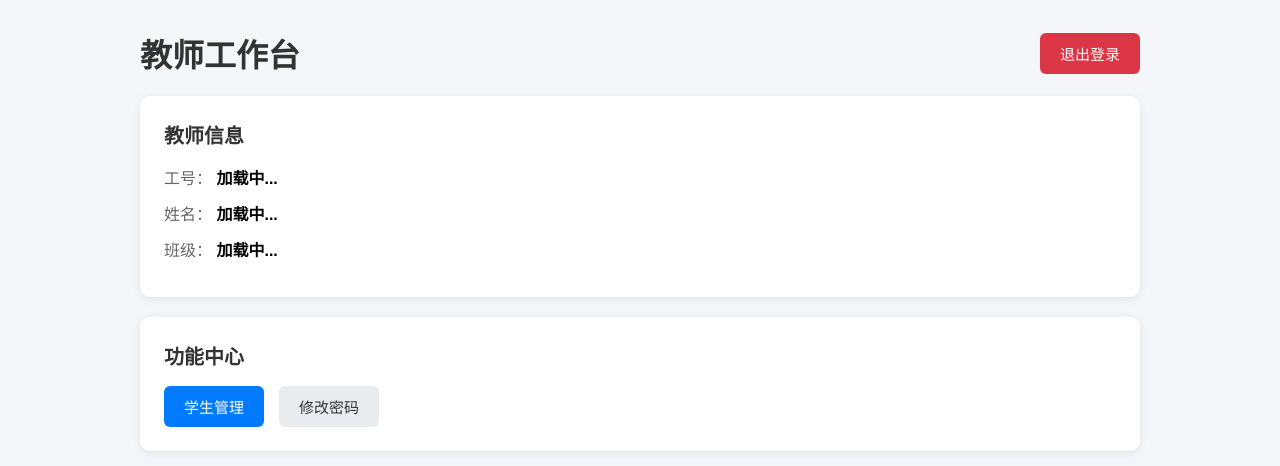
Repository: Nikawali/StudentManage
Page: src/main/webapp/teacherHome.html
The author's editor kept a copy of each file at every save. The page is drawn from the files as they stood at one save, then again after the next save.
The browser window is 1280 px wide. The pictures show the whole page.
The page's requests for data from a server got no answer.

Above is the page before, as saved 2026-06-07 18:36:19.

### src/main/webapp/teacherHome.html
<!DOCTYPE html>

<html lang="zh-CN">

<head>


<meta charset="UTF-8">

<meta name="viewport"
      content="width=device-width, initial-scale=1.0">

<title>教师工作台</title>

<link rel="stylesheet"
      href="home.css">


</head>

<body>

<div class="container">


<div class="header">

    <h1>教师工作台</h1>

    <button
            id="logoutBtn"
            class="btn danger">

        退出登录

    </button>

</div>

<div class="card">

    <h2>教师信息</h2>

    <p>
        工号：
        <span id="teacherId">
            加载中...
        </span>
    </p>

    <p>
        姓名：
        <span id="teacherName">
            加载中...
        </span>
    </p>

    <p>
        班级：
        <span id="teacherClassId">
            加载中...
        </span>
    </p>

</div>

<div class="card">

    <h2>功能中心</h2>

    <div class="btn-group">

        <button
                id="studentManageBtn"
                class="btn primary">

            学生管理

        </button>

        <button
                id="passwordBtn"
                class="btn">

            修改密码

        </button>

    </div>

</div>


</div>

<script>
    const BASE_URL =
"http://localhost:8080/test5_war_exploded/teacher";

function authFetch(
url,
options = {}
){


options.headers = {

    ...(options.headers || {}),

    token:
        localStorage.getItem(
            "token"
        )
};

return fetch(
    url,
    options
);


}

window.onload = function(){


loadTeacherInfo();

bindEvent();


};

function loadTeacherInfo(){


authFetch(
    BASE_URL +
    "?action=findById"
)

.then(
    response =>
        response.json()
)

.then(result => {

    if(
        result.code !== 200
    ){

        alert(
            result.message
        );

        return;
    }

    const teacher =
        result.data;
        console.log(teacher);

    document.getElementById(
        "teacherId"
    ).innerText =
        teacher.teacherId;

    document.getElementById(
        "teacherName"
    ).innerText =
        teacher.name;

    document.getElementById(
        "teacherClassId"
    ).innerText =
        teacher.classId;
})

.catch(error => {

    console.error(error);

    alert(
        "获取教师信息失败"
    );
});


}

function bindEvent(){


document
    .getElementById(
        "studentManageBtn"
    )
    .onclick = function(){

        location.href =
            "index.html";
    };

document
    .getElementById(
        "logoutBtn"
    )
    .onclick = function(){

        localStorage.clear();

        location.href =
            "login.html";
    };


}

</script>

</body>

</html>

### src/main/webapp/home.css
/* 全局重置 */

* {
  margin: 0;
  padding: 0;
  box-sizing: border-box;
  }

body {
font-family: Arial, sans-serif;
background-color: #f5f6fa;
padding: 30px;
}

/* 主容器 */
.container {
max-width: 1000px;
margin: 0 auto;
}

/* 顶部区域 */
.header {
display: flex;
justify-content: space-between;
align-items: center;
margin-bottom: 20px;
}

.header h1 {
color: #333;
}

/* 卡片 */
.card {
background-color: #ffffff;
border-radius: 10px;
padding: 24px;
margin-bottom: 20px;
box-shadow: 0 2px 10px rgba(0, 0, 0, 0.08);
}

.card h2 {
margin-bottom: 16px;
color: #333;
font-size: 20px;
}

.card p {
margin-bottom: 12px;
color: #666;
font-size: 16px;
}

/* 按钮组 */
.btn-group {
display: flex;
gap: 15px;
}

/* 通用按钮 */
.btn {
border: none;
border-radius: 6px;
padding: 10px 20px;
cursor: pointer;
font-size: 15px;
transition: 0.3s;
}

/* 蓝色按钮 */
.primary {
background-color: #007bff;
color: white;
}

.primary:hover {
background-color: #0069d9;
}

/* 红色按钮 */
.danger {
background-color: #dc3545;
color: white;
}

.danger:hover {
background-color: #c82333;
}

/* 普通按钮 */
.btn:not(.primary):not(.danger) {
background-color: #e9ecef;
color: #333;
}

.btn:not(.primary):not(.danger):hover {
background-color: #d6d8db;
}

/* 信息字段 */
.card span {
color: #000;
font-weight: bold;
}
@media (max-width: 768px) {

    .header {
        flex-direction: column;
        gap: 15px;
    }

    .btn-group {
        flex-direction: column;
    }

    .btn {
        width: 100%;
    }

}

After the next save:
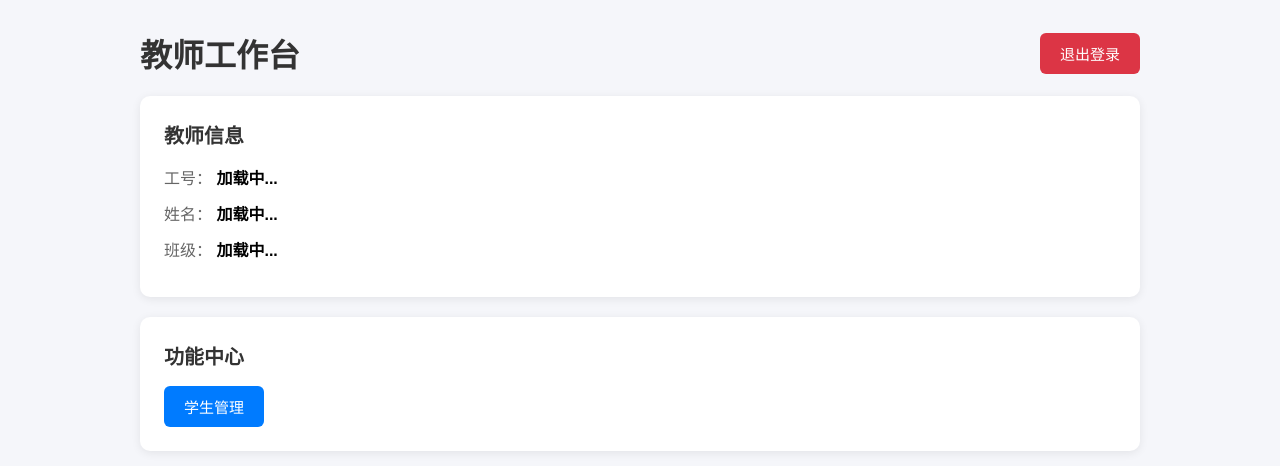
Saved 5 s later.
--- a/src/main/webapp/teacherHome.html
+++ b/src/main/webapp/teacherHome.html
@@ -78,11 +78,6 @@
 
         </button>
 
-        <button
-                id="passwordBtn"
-                class="btn">
-
-            修改密码
 
         </button>
 
